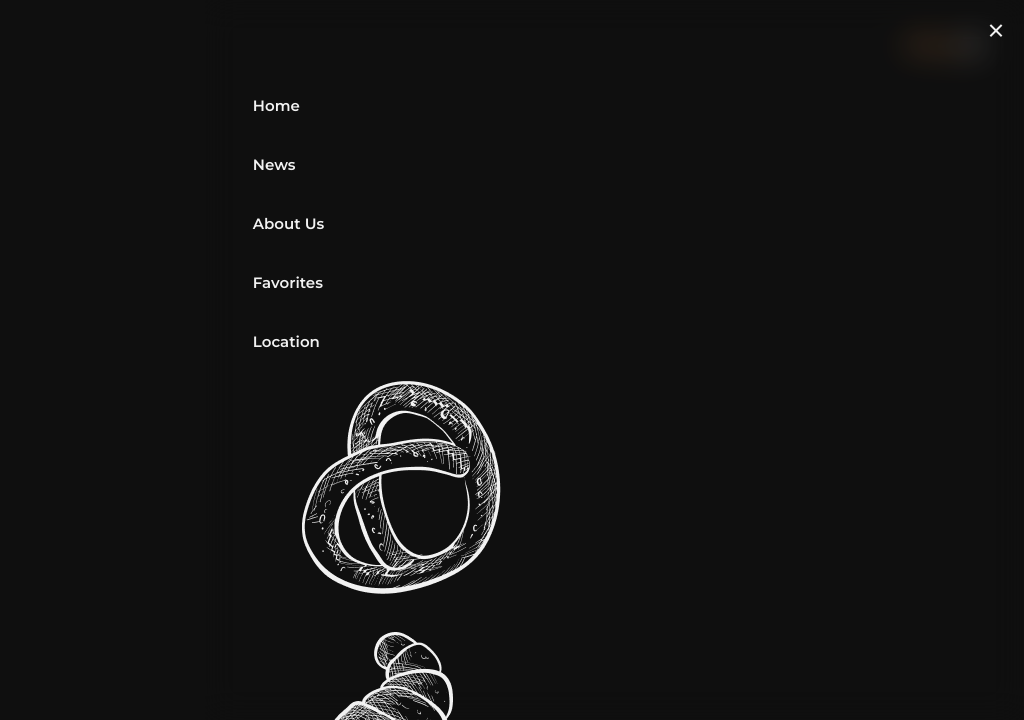
Repository: dinhhaidh/Bakery-web
Page: index.html
An editor plug-in stored every save of this project. The page is shown before and after the next save, followed by the edit.
The browser window is 1024 px wide. The pictures show the whole page.
Some web libraries are served in a nearby version.

Above is the page before, as saved 2024-01-15 20:05:45.

### index.html
<!DOCTYPE html>
<html lang="en">
  <head>
    <meta charset="UTF-8" />
    <meta name="viewport" content="width=device-width, initial-scale=1.0" />

    <!--=============== FAVICON ===============-->
    <link rel="shortcut icon" href="assets/img/favicon.png" type="image/x-icon"/>
    <!--=============== REMIXICONS ===============-->
    <link rel="stylesheet"  href="https://cdnjs.cloudflare.com/ajax/libs/remixicon/3.7.0/remixicon.css"/>
    <!--=============== CSS ===============-->
    <link rel="stylesheet" href="./css/style.css"/>

    <title>Responsive bakery website - Bedimcode</title>
  </head>
  <body>
    <!--==================== HEADER ====================-->
    <header class="header" id="header">
        <nav class="nav container">
            <a href="#" class="nav__logo">Bakery</a>
            <div class="nav__menu" id="nav-menu">
                <ul class="nav__list">
                    <li class="nav__item">
                        <a href="#home" class="nav__link">Home</a>
                    </li>
                    <li class="nav__item">
                        <a href="#new" class="nav__link">News</a>
                    </li>
                    <li class="nav__item">
                        <a href="#about" class="nav__link">About Us</a>
                    </li>
                    <li class="nav__item">
                        <a href="#favorite" class="nav__link">Favorites</a>
                    </li>
                    <li class="nav__item">
                        <a href="#visit" class="nav__link">Location</a>
                    </li>
                </ul>
                <div class="nav__close" id="nav__close">
                    <i class="ri-close-line"></i>
                </div>

                <img src="./img/bread-4.png" alt="image" class="nav__img-1">
                <img src="./img/bread-1.png" alt="image" class="nav__img-2">
            </div>

            <!-- toggle button -->
            <div class="nav__toggle" id="nav-toggle">
                <i class="ri-menu-line"></i>
            </div>
        </nav>
    </header>

    <!--==================== MAIN ====================-->
    <main class="main">
      <!--==================== HOME ====================-->
      <section class="home section" id="home"></section>

      <!--==================== NEWS ====================-->
      <section class="new section" id="new"></section>

      <!--==================== ABOUT ====================-->
      <section class="about section" id="about"></section>

      <!--==================== FAVORITES ====================-->
      <section class="favorite section" id="favorite"></section>

      <!--==================== VISIT ====================-->
      <section class="visit section" id="visit"></section>
    </main>

    <!--==================== FOOTER ====================-->
    <footer class="footer"></footer>

    <!--========== SCROLL UP ==========-->

    <!--=============== SCROLLREVEAL ===============-->
    <script src="./js/scrollreveal.min.js"></script>

    <!--=============== MAIN JS ===============-->
    <script src="./js/main.js"></script>
  </body>
</html>

### css/style.css
/*=============== GOOGLE FONTS ===============*/
@import url("https://fonts.googleapis.com/css2?family=Dancing+Script:wght@700&family=Montserrat:wght@400;600;700&display=swap");

/*=============== VARIABLES CSS ===============*/
:root {
    --header-height: 3.5rem;

    /*========== Colors ==========*/
    /*Color mode HSL(hue, saturation, lightness)*/
    --first-color: hsl(28, 88%, 62%);
    --first-color-alt: hsl(28, 84%, 58%);
    --title-color: hsl(0, 0%, 95%);
    --text-color: hsl(0, 0%, 75%);
    --text-color-light: hsl(0, 0%, 65%);
    --black-color: hsl(0, 0%, 6%);
    --body-color: hsl(0, 0%, 6%);
    --container-color: hsl(0, 0%, 10%);

    /*========== Font and typography ==========*/
    /*.5rem = 8px | 1rem = 16px ...*/
    --body-font: "Montserrat", sans-serif;
    --second-font: "Dancing Script", cursive;
    --biggest-font-size: 3rem;
    --bigger-font-size: 2rem;
    --h1-font-size: 1.5rem;
    --h2-font-size: 1.25rem;
    --h3-font-size: 1rem;
    --normal-font-size: .938rem;
    --small-font-size: .813rem;

    /*========== Font weight ==========*/
    --font-regular: 400;
    --font-semi-bold: 600;
    --font-bold: 700;

    /*========== z index ==========*/
    --z-tooltip: 10;
    --z-fixed: 100;
}

/*========== Responsive typography ==========*/
@media screen and (min-width: 1150px) {
    :root {
        --biggest-font-size: 5rem;
        --bigger-font-size: 3rem;
        --h1-font-size: 2.25rem;
        --h2-font-size: 1.5rem;
        --h3-font-size: 1.25rem;
        --normal-font-size: 1rem;
        --small-font-size: .875rem;
    }
}

/*=============== BASE ===============*/
* {
    box-sizing: border-box;
    padding: 0;
    margin: 0;
}

html {
    scroll-behavior: smooth;
}

body,
button {
    font-family: var(--body-font);
    font-size: var(--normal-font-size);
}

body {
    background-color: var(--body-color);
    color: var(--text-color);
}

button {
    border: none;
    outline: none;
}

h1,
h2,
h3,
h4 {
    color: var(--title-color);
    font-weight: var(--font-bold);
}

ul {
    list-style: none;
}

a {
    text-decoration: none;
}

img {
    display: block;
    max-width: 100%;
    height: auto;
}

/*=============== REUSABLE CSS CLASSES ===============*/
.container {
    max-width: 1120px;
    margin-inline: 1.5rem;
}

.grid {
    display: grid;
    gap: 1.5rem;
}

.section {
    padding-block: 5rem 1rem;
}

.section__title {
    font-size: var(--bigger-font-size);
    font-family: var(--second-font);
    margin-bottom: 1.5rem;
    text-align: center;
}

.main {
    overflow: hidden;
    /* For animation ScrollReveal */
}

/*=============== HEADER & NAV ===============*/
.header{
    position: fixed;
    width: 100%;
    top: 0;
    left: 0;
    background-color: transparent;
    z-index: var(--z-fixed);
}
.nav{
    position: relative;
    height: var(--header-height);
    display: flex;
    justify-content: space-between;
    align-items: center;
}
.nav__logo{
    color: var(--first-color);
    font-size: var(--h2-font-size);
    font-family: var(--second-font);
    transition: color .4s;
}
.nav__logo:hover{
    color: var(--first-color-alt);
}
.nav__close,
.nav__toggle{
    font-size: 1.5rem;
    color: var(--title-color);
    cursor: pointer;
}

/* Navigation for mobile devices */
@media screen and (max-width: 1150px) {
    .nav__menu{
        position: fixed;
        top: 0;
        right: 0;
        background-color: hsla(0,0%,6%, .2);
        backdrop-filter: blur(16px);
        -webkit-backdrop-filter: blur(16px);
        width: 80%;
        height: 100%;
        padding: 6rem 3rem 0;
        transition: right .4s;
    }
    .nav__list{
        display: flex;
        flex-direction: column;
        row-gap: 2.5rem;
    }
    .nav__link{
        color: var(--title-color);
        font-weight: var(--font-semi-bold);
        transition: color .4s;
    }
    .nav__link:hover{
        color: var(--first-color);
    }
    .nav__close,
    .nav{
        position: absolute;
        top: 1rem;
        right: 1rem;
    }
}


/* Show menu */


/* Add blur header */


/* Active link */


/*=============== HOME ===============*/


/*=============== BUTTON ===============*/


/*=============== NEW ===============*/


/*=============== ABOUT ===============*/


/*=============== FAVORITES ===============*/


/*=============== VISIT ===============*/


/*=============== FOOTER ===============*/


/*=============== SCROLL BAR ===============*/


/*=============== SCROLL UP ===============*/


/* Show Scroll Up */


/*=============== BREAKPOINTS ===============*/
/* For small devices */


/* For medium devices */


/* For large devices */

Loaded but not shown: js/scrollreveal.min.js (library); js/main.js (no copy from this time; the picture is the same without it)

After the next save:
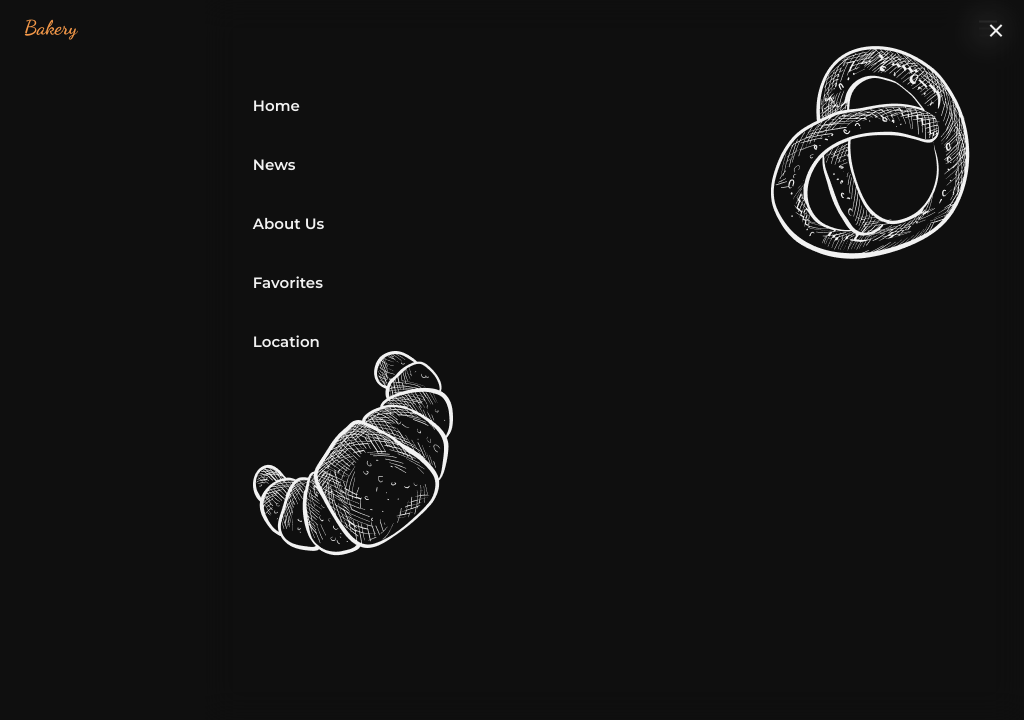
Saved 4 s later.
--- a/css/style.css
+++ b/css/style.css
@@ -187,7 +187,7 @@ img {
         color: var(--first-color);
     }
     .nav__close,
-    .nav{
+    .nav__img-1{
         position: absolute;
         top: 1rem;
         right: 1rem;
